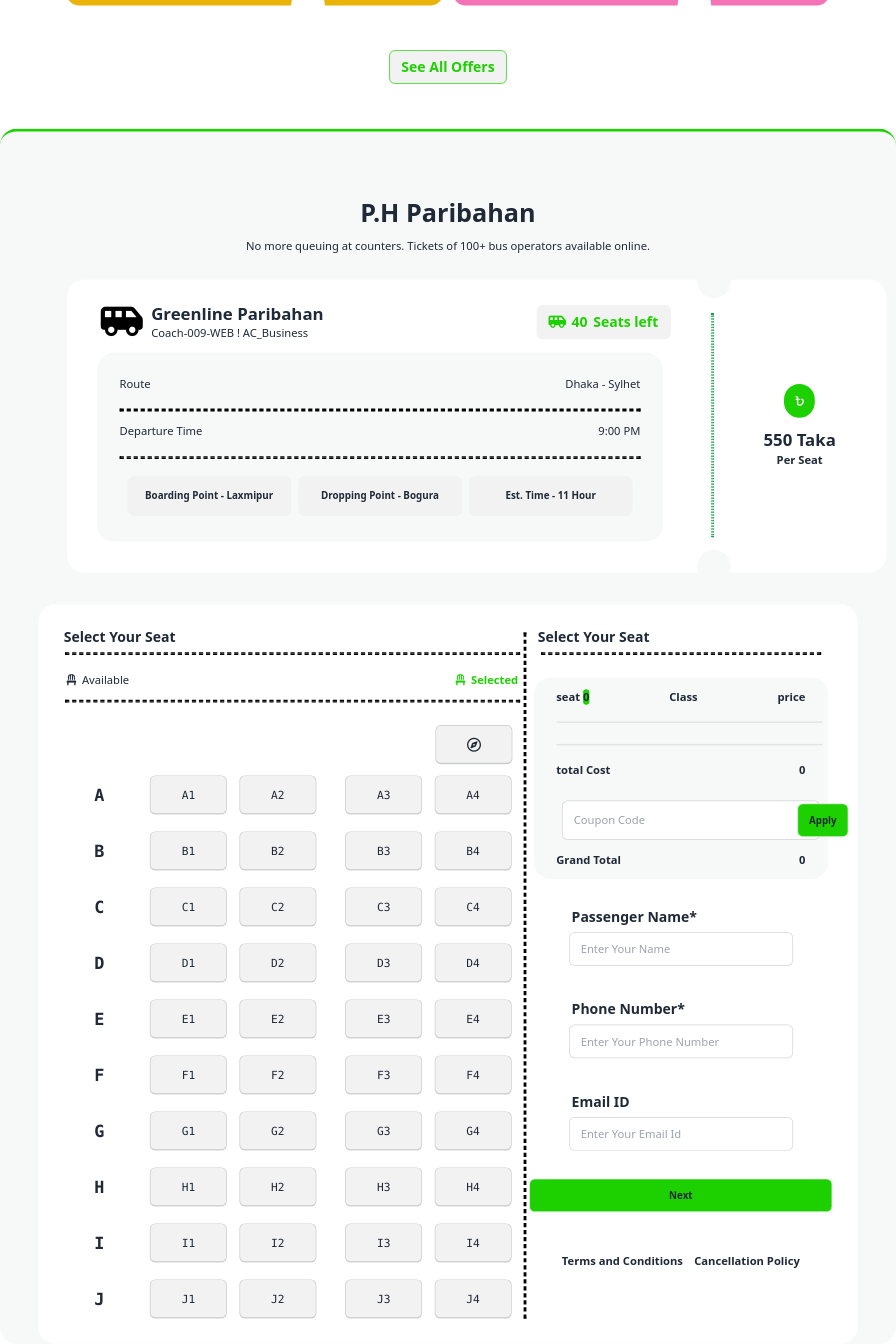
Repository: RudrasahaDibos/Smart-ticketing
Page: index.html
These files come from the project's save history. The page is drawn as it stood at one moment and after a run of saves; the edit follows.
The browser window is 1280 px wide. The pictures show the part of the page from y = 1134 to 3054 px (the page is 3054 px tall), at 70% of full size.
Some web fonts or font styles are not loaded; a fallback is used. Some web libraries are served in a nearby version.

Above is the page before, as saved 2024-11-11 11:08:50.

### index.html
<!DOCTYPE html>
<html lang="en">
  <head>
    <meta charset="UTF-8">
    <meta name="viewport" content="width=device-width, initial-scale=1.0">
    <title>Smart-ticketing</title>
    <!-- tailwind link -->
    <link href="https://cdn.jsdelivr.net/npm/daisyui@4.12.14/dist/full.min.css"
      rel="stylesheet" type="text/css" />
    <script src="https://cdn.tailwindcss.com"></script>
    <!-- font awesome link -->
    <link rel="stylesheet"
      href="https://cdnjs.cloudflare.com/ajax/libs/font-awesome/6.6.0/css/all.min.css"
      integrity="sha512-Kc323vGBEqzTmouAECnVceyQqyqdsSiqLQISBL29aUW4U/M7pSPA/gEUZQqv1cwx4OnYxTxve5UMg5GT6L4JJg=="
      crossorigin="anonymous" referrerpolicy="no-referrer" />

    <!-- google fonts  -->
    <link rel="preconnect" href="https://fonts.googleapis.com">
    <link rel="preconnect" href="https://fonts.gstatic.com" crossorigin>
    <link
      href="https://fonts.googleapis.com/css2?family=Anton+SC&family=Manrope:wght@200..800&family=Raleway:ital,wght@0,100..900;1,100..900&display=swap"
      rel="stylesheet">

    <style>
.raleway{
  font-family: "Raleway", sans-serif;
}
</style>

  </head>
  <body>
    <!-- header ends here -->
    <header class="container mx-auto lg:pl-24 lg:pr-24 lg:pt-4 w-[1400px]">
      <div>
        <!-- navbar starts here -->
        <div class="navbar bg-base-100">
          <div class="navbar-start">
            <div class="dropdown">
              <div tabindex="0" role="button" class="btn btn-ghost lg:hidden">
                <svg
                  xmlns="http://www.w3.org/2000/svg"
                  class="h-5 w-5"
                  fill="none"
                  viewBox="0 0 24 24"
                  stroke="currentColor">
                  <path
                    stroke-linecap="round"
                    stroke-linejoin="round"
                    stroke-width="2"
                    d="M4 6h16M4 12h8m-8 6h16" />
                </svg>
              </div>
              <ul
                tabindex="0"
                class="menu menu-sm dropdown-content bg-base-100 rounded-box z-[1] mt-3 w-52 p-2 shadow">
                <li><a>Home</a></li>
                <li><a>About</a></li>
                <li><a>Destination</a></li>
                <li><a>Search</a></li>
              </ul>
            </div>
            <a class="btn btn-ghost text-2xl font-extrabold">E-Ticket</a>
          </div>
          <div class="navbar-center hidden lg:flex">
            <ul class="menu menu-horizontal px-1">
              <li><a>Home</a></li>
              <li><a>About</a></li>
              <li><a>Destination</a></li>
              <li><a>Search</a></li>
            </ul>
          </div>
          <div class="navbar-end">
            <a class="btn text-[#1DD100]  border-1  text-xl">Bus <i
                class="fa-solid fa-van-shuttle"></i></a>
          </div>
        </div>
      </div>

      <!-- banner start here -->

      <div
        class="hero h-[550px] mt-8 bg-[url('/images/banner.png')] rounded-3xl relative">

        <div class="hero-content text-neutral-content text-center">
          <div class>
            <h1 class="mb-5 text-5xl font-extrabold">End-to-End Travel with <br>
              <span class="text-5xl text-[#1DD100]  font-extrabold">P
                Paribahan</span></h1>
            <p class="mb-5">
              A one-stop solution for your travel needs

              Introducing you to the Shohoz way of life
            </p>
            <button class="btn bg-[#1DD100] border-none">Buy Tickets</button>
          </div>
        </div>
      </div>

      <!-- banner end here -->

      <!-- 3 card start here  -->

      <div
        class=" flex justify-between items-center gap-4 pl-16 pr-16 absolute -bottom-4   ">
        <div
          class="stat flex bg-white justify-center items-center shadow-xl  border-b-4 border-b-[#1DD100]  rounded-2xl w-[338px] h-[138px]">
          <div class="text-[#1DD100] text-2xl font-extrabold ">
            <i class="fa-solid fa-users"></i>
          </div>

          <div>
            <div class="stat-value">500K+</div>
            <div class="stat-desc text-xl ">Registered users</div>
          </div>

        </div>

        <div
          class="stat flex bg-white justify-center items-center  border-b-4 border-b-[#1DD100] shadow-xl  rounded-2xl w-[338px] h-[138px]">
          <div class="text-[#1DD100] text-2xl font-extrabold ">
            <i class="fa-solid fa-ticket  "></i>

          </div>

          <div>
            <div class="stat-value">1.7 lacks</div>
            <div class="stat-desc text-xl ">Tickets sold</div>
          </div>

        </div>

        <div
          class="stat flex bg-white justify-center items-center  border-b-4 border-b-[#1DD100] shadow-xl  rounded-2xl w-[338px] h-[138px]">
          <div class="text-[#1DD100] text-2xl font-extrabold ">
            <i class="fa-solid fa-van-shuttle"></i>

          </div>

          <div>
            <div class="stat-value">80K+</div>
            <div class="stat-desc text-xl ">Rental partners</div>
          </div>

        </div>
      </div>

      <!-- 3 card ends here -->

      <!-- navbar Ends here -->
    </header>
    <!-- header ends here -->

    <!-- main start here -->
    <main class>
      <!-- Best offers for you start here -->
      <section
        class="mt-40 container mx-auto  lg:pl-24 lg:pr-24 lg:pt-4 w-[1400px]">
        <h1 class="text-4xl font-semibold text-center">Best offers for you</h1>
        <!-- two card start here -->
        <div class="flex  flex-col lg:flex-row gap-4 mt-10">
          <div class="bg-yellow-500  w-[573px] h-[220px]  rounded-2xl">

            <div>

              <div class=" w-[50%] mt-14 ml-14">
                <h1 class="text-4xl font-extrabold">15% OFF</h1>
                <p class="text-xl font-bold">on your next purchase</p>
                <p class="text-xl font-bold">use by January 2024</p>
              </div>

              <div class=" w-1/4 -mt-20 ml-auto mr-14  text-center">
                <h1 class="text-4xl font-extrabold">NEW15</h1>
                <p class="text-xl font-bold">Coupon Code</p>

              </div>
            </div>
            <p
              class="bg-white w-[48px] h-[48px] absolute mx-auto rounded-full ml-80 -mt-40  "></p>
            <p
              class="bg-white w-[48px] h-[48px] absolute mx-auto rounded-full ml-80 mt-[55px]  "></p>
            <p
              class="border-2 border-dotted border-white relative w-0 h-32 -mt-[95px] ml-[343px]  "></p>

          </div>
          <div class="bg-pink-400   w-[573px] h-[220px] rounded-2xl">
            <div>

              <div class=" w-[50%] mt-14 ml-14">
                <h1 class="text-4xl font-extrabold">20% OFF</h1>
                <p class="text-xl font-bold">on your next purchase</p>
                <p class="text-xl font-bold">use by January 2024</p>
              </div>

              <div class="  w-2/4 -mt-20 ml-[300px] mr-14  text-center">
                <h1 class="text-4xl font-extrabold">Couple 20</h1>
                <p class="text-xl font-bold">Coupon Code</p>

              </div>
            </div>
            <p
              class="bg-white w-[48px] h-[48px] absolute mx-auto rounded-full ml-80 -mt-40  "></p>
            <p
              class="bg-white w-[48px] h-[48px] absolute mx-auto rounded-full ml-80 mt-[55px]  "></p>
            <p
              class="border-2 border-dotted border-white relative w-0 h-32 -mt-[95px] ml-[343px]  "></p>
          </div>
        </div>
        <div class=" text-center mt-16">
          <a class="btn text-[#1DD100]  border-1 border-[#1DD100] text-xl">See
            All Offers
          </a>
        </div>
        <!-- two card end here -->
      </section>

      <!-- Best offers for you ends here -->
      <!-- tickeing process start here -->
      <section
        class="bg-[#F7F8F8] w-full min-h-screen rounded-3xl mt-16 border-t-4 border-t-[#1DD100]">

        <div class="container mx-auto  lg:pl-24 lg:pr-24 lg:pt-4 w-[1400px]">
          <h1 class="text-4xl font-semibold text-center mt-20">P.H Paribahan
          </h1>
          <p class=" text-center w-[736px] h-[60px] mx-auto mt-4">No more
            queuing at counters. Tickets of 100+ bus operators available online.
          </p>
          <!-- Greenline Paribahan  start here-->

          <div
            class="bg-[#FFFFFF] w-[1170px] h-[418px] rounded-3xl  container mx-auto p-8 flex justify-between ">
            <div class=" w-3/4">
              <!-- Coach-009-WEB ! AC_Business start here -->
              <div class="flex justify-between ">

                <div class="flex justify-center items-center gap-3 ml-4 ">
                  <div class="text-5xl text-black  ">
                    <i class="fa-solid fa-van-shuttle "></i>
                  </div>
                  <div>
                    <h1 class="text-2xl font-bold">Greenline Paribahan</h1>
                    <p>Coach-009-WEB ! AC_Business</p>
                  </div>
                </div>

                <div class="flex felx-col justify-end mt-1">
                  <a class="btn text-[#1DD100]  border-1  text-xl"> <i
                      class="fa-solid fa-van-shuttle"></i> <span id="seat-availe">40</span> Seats
                    left </a>
                </div>
              </div>
              <!-- Coach-009-WEB ! AC_Business end here -->

              <!-- Dhaka - Sylhet starts here -->
              <div
                class="bg-[#F7F8F8] w-[808px] h-[270px] mt-4 mx-auto rounded-3xl">

                <div class>
                  <div class="flex justify-between p-4 ">
                    <h1 class="ml-4 mt-4">Route</h1>
                    <h1 class="mr-4 mt-4">Dhaka - Sylhet</h1>
                  </div>

                  <div
                    class="border-dashed border-black border-2 mt-2  w-[744px] mx-auto h-0"></div>

                  <div class="flex justify-between p-4 ">
                    <h1 class="ml-4">Departure Time</h1>
                    <h1 class="mr-4">9:00 PM</h1>
                  </div>
                  <div
                    class="border-dashed border-black border-2 mt-2  w-[744px] mx-auto h-0"></div>

                  <div class="mt-2 p-4 flex justify-center items-center gap-3">
                    <button class="btn   w-[232px] h-[56px]">Boarding Point -
                      Laxmipur</button>
                    <button class="btn  w-[232px] h-[56px]">Dropping Point -
                      Bogura</button>
                    <button class="btn  w-[232px] h-[56px]">Est. Time - 11
                      Hour</button>
                  </div>
                </div>
              </div>
              <!-- Dhaka - Sylhet end here -->

            </div>

            <div
              class=" text-center flex flex-col justify-center items-center mr-10">
              <i
                class="fa-solid fa-bangladeshi-taka-sign bg-[#1DD100] rounded-full  p-4 text-white "></i>
              <h1 class="text-2xl font-semibold mt-4"><span id="seat-cost">550</span> Taka</h1>
              <p class="font-bold">Per Seat</p>
            </div>

          </div>
          <p
            class="bg-[#F7F8F8] w-[48px] h-[48px] absolute mx-auto rounded-full ml-[900px] -mt-[440px]  "></p>
          <p
            class="bg-[#F7F8F8] w-[48px] h-[48px] absolute mx-auto rounded-full ml-[900px] -mt-8  "></p>
          <p
            class="border-2 border-dotted border-green-600 relative w-0 h-80 -mt-[370px] ml-[920px]  "></p>

          <!-- Greenline Paribahan  ends here-->
        </div>

        <!-- Select Your Seat star here  -->
        <div
          class="bg-[#FFFFFF] w-[1170px] h-[1056px] rounded-3xl mt-24 container mx-auto  ">

          <div class="flex justify-between p-8">
            <div class="w-3/5 ">
              <p class="font-semibold text-xl ml-1">Select Your Seat</p>
              <div
                class="border-dashed border-black border-2 mt-2  w-[650px] mx-auto h-0"></div>
              <!-- seat available start here -->
              <div class="flex justify-between mt-4">

                <div class="flex gap-2 justify-center items-center p-2 ">
                  <i class="fa-solid fa-chair"></i>
                  <p>Available</p>
                </div>
                <div
                  class="flex gap-2 justify-center items-center p-2 text-[#1DD100] ">
                  <i class="fa-solid fa-chair font-bold"></i>
                  <p class="font-bold">Selected</p>
                </div>

              </div>
              <!-- seat available ends here -->
              <div
                class="border-dashed border-black border-2 mt-2  w-[650px] mx-auto h-0"></div>
              <!-- seat planing start here -->
              <div class="mt-8">
                <div class="text-end  mr-4">
                  <kbd class="kbd  h-[56px] w-[110px] text-center mx-auto "><i
                      class="fa-regular fa-compass text-xl"></i></kbd>
                </div>
                <!-- seat  start here-->
                <div class="flex  justify-between">
                  <!-- seat is with door start -->
                  <div class="grid grid-cols-3  w-3/5 ">
                    <div class="mx-auto mt-4 space-y-6">
                      <kbd
                        class="kbd  w-[110px] h-[56px] bg-[#ffffff]  border-none font-bold text-2xl">A</kbd>
                      <kbd
                        class="kbd  w-[110px] h-[56px]  bg-[#ffffff] border-none font-bold text-2xl">B</kbd>
                      <kbd
                        class="kbd  w-[110px] h-[56px]  bg-[#ffffff] border-none font-bold text-2xl">C</kbd>
                      <kbd
                        class="kbd  w-[110px] h-[56px]  bg-[#ffffff] border-none font-bold text-2xl">D</kbd>
                      <kbd
                        class="kbd  w-[110px] h-[56px]  bg-[#ffffff] border-none font-bold text-2xl">E</kbd>
                      <kbd
                        class="kbd  w-[110px] h-[56px]  bg-[#ffffff] border-none font-bold text-2xl">F</kbd>
                      <kbd
                        class="kbd  w-[110px] h-[56px]  bg-[#ffffff] border-none font-bold text-2xl">G</kbd>
                      <kbd
                        class="kbd  w-[110px] h-[56px]  bg-[#ffffff] border-none font-bold text-2xl">H</kbd>
                      <kbd
                        class="kbd  w-[110px] h-[56px]  bg-[#ffffff] border-none font-bold text-2xl">I</kbd>
                      <kbd
                        class="kbd  w-[110px] h-[56px]  bg-[#ffffff] border-none font-bold text-2xl">J</kbd>
                    </div>

                    <div class="mt-4 space-y-6">
                      <kbd class="kbd w-[110px] h-[56px] seat-btn">A1</kbd>
                      <kbd class="kbd w-[110px] h-[56px] seat-btn">B1</kbd>
                      <kbd class="kbd w-[110px] h-[56px] seat-btn">C1</kbd>
                      <kbd class="kbd w-[110px] h-[56px] seat-btn">D1</kbd>
                      <kbd class="kbd w-[110px] h-[56px] seat-btn">E1</kbd>
                      <kbd class="kbd w-[110px] h-[56px] seat-btn">F1</kbd>
                      <kbd class="kbd w-[110px] h-[56px] seat-btn">G1</kbd>
                      <kbd class="kbd w-[110px] h-[56px] seat-btn">H1</kbd>
                      <kbd class="kbd w-[110px] h-[56px] seat-btn">I1</kbd>
                      <kbd class="kbd w-[110px] h-[56px] seat-btn">J1</kbd>
                    </div>

                    <div class="mt-4 space-y-6">
                      <kbd class="kbd w-[110px] h-[56px] seat-btn">A2</kbd>
                      <kbd class="kbd w-[110px] h-[56px] seat-btn">B2</kbd>
                      <kbd class="kbd w-[110px] h-[56px] seat-btn">C2</kbd>
                      <kbd class="kbd w-[110px] h-[56px] seat-btn">D2</kbd>
                      <kbd class="kbd w-[110px] h-[56px] seat-btn">E2</kbd>
                      <kbd class="kbd w-[110px] h-[56px] seat-btn">F2</kbd>
                      <kbd class="kbd w-[110px] h-[56px] seat-btn">G2</kbd>
                      <kbd class="kbd w-[110px] h-[56px] seat-btn">H2</kbd>
                      <kbd class="kbd w-[110px] h-[56px] seat-btn">I2</kbd>
                      <kbd class="kbd w-[110px] h-[56px] seat-btn">J2</kbd>
                    </div>
                  </div>
                  <!-- seat is with door end -->

                  <!-- seat is driver start -->
                  <div class="grid grid-cols-2   w-2/5 ml-6">
                    <div class="mx-auto mt-4 space-y-6">
                      <kbd class="kbd w-[110px] h-[56px] seat-btn">A3</kbd>
                      <kbd class="kbd w-[110px] h-[56px] seat-btn">B3</kbd>
                      <kbd class="kbd w-[110px] h-[56px] seat-btn">C3</kbd>
                      <kbd class="kbd w-[110px] h-[56px] seat-btn">D3</kbd>
                      <kbd class="kbd w-[110px] h-[56px] seat-btn">E3</kbd>
                      <kbd class="kbd w-[110px] h-[56px] seat-btn">F3</kbd>
                      <kbd class="kbd w-[110px] h-[56px] seat-btn">G3</kbd>
                      <kbd class="kbd w-[110px] h-[56px] seat-btn">H3</kbd>
                      <kbd class="kbd w-[110px] h-[56px] seat-btn">I3</kbd>
                      <kbd class="kbd w-[110px] h-[56px] seat-btn">J3</kbd>
                    </div>
                    <div class="mx-auto mt-4 space-y-6">
                      <kbd class="kbd w-[110px] h-[56px] seat-btn">A4</kbd>
                      <kbd class="kbd w-[110px] h-[56px] seat-btn">B4</kbd>
                      <kbd class="kbd w-[110px] h-[56px] seat-btn">C4</kbd>
                      <kbd class="kbd w-[110px] h-[56px] seat-btn">D4</kbd>
                      <kbd class="kbd w-[110px] h-[56px] seat-btn">E4</kbd>
                      <kbd class="kbd w-[110px] h-[56px] seat-btn">F4</kbd>
                      <kbd class="kbd w-[110px] h-[56px] seat-btn">G4</kbd>
                      <kbd class="kbd w-[110px] h-[56px] seat-btn">H4</kbd>
                      <kbd class="kbd w-[110px] h-[56px] seat-btn">I4</kbd>
                      <kbd class="kbd w-[110px] h-[56px] seat-btn">J4</kbd>
                    </div>
                  </div>
                  <!-- seat is driver end -->
                </div>

                <!-- seat end here -->
              </div>

              <!-- seat planing end here -->

            </div>

            <div
              class="border-dashed border-black border-2 mt-2  w-[0px] mx-auto h-[980px]"></div>

            <div class=" w-2/5 ">
              <p class="font-semibold text-xl ml-4">Select Your Seat</p>
              <div
                class="border-dashed border-black border-2 mt-2  w-[400px] mx-auto h-0"></div>

              <div
                class="bg-[#F7F8F8] w-[420px]  rounded-3xl mx-auto mt-8 p-4  ">
                <!-- table start here -->
                        <div class="flex justify-between ">
                           <p class="font-bold ml-4">seat <span id="seat-count" class="bg-[#1DD100] rounded-full ">0</span></p>
                           <p  class="font-bold">Class</p>
                           <p  class="font-bold mr-4">price</p>
                        </div>
                        <div class="divider divider-start ml-4 w-[380px]"></div>
                        <div id="selected-all-element"  class=" ">


                       </div>

                       <div class="divider divider-start ml-4 w-[380px]"></div>

                       <div class="flex justify-between">
                        <p class="ml-4 font-bold">total Cost </p>
                        <p class="mr-4 font-bold"><span id="total-cost">0</span></p>
                       </div>

                       <label id="Inputarea" class="input input-bordered flex items-center gap-2 mt-8 w-[368px] h-[56px] ml-6 ">
                        <input  id="Input-value" type="text" class="grow" placeholder="Coupon Code" />
                        <button  onclick="getGrandTotal('NEW15','COUPLE20')" id="apply-value" class="btn bg-[#1DD100] ml-20  disabled: ">Apply</button>
                      </label>

                      <div class="flex justify-between mt-4">
                        <p class="ml-4 font-bold">Grand Total</p>
                        <p class="mr-4 font-bold"><span id="grand-total">0</span></p>
                       </div>


                <!-- table ends here -->
              </div>

              <!-- input feild start here -->

             <div class="flex flex-col justify-center items-center space-y-10 mt-8">
              <label class="form-control w-full max-w-xs ">
                <div class="label">
                  <span class="label-text text-xl font-bold">Passenger Name*</span>
                </div>
                <input  type="text" placeholder="Enter Your Name" class="input input-bordered w-full max-w-xs" />

              </label>
              <label class="form-control w-full max-w-xs">
                <div class="label">
                  <span class="label-text text-xl font-bold">Phone Number*</span>
                </div>
                <input type="text" placeholder="Enter Your Phone Number" class="input input-bordered w-full max-w-xs" />

              </label>
              <label class="form-control w-full max-w-xs">
                <div class="label">
                  <span class="label-text text-xl font-bold">Email ID</span>
                </div>
                <input type="text" placeholder="Enter Your Email Id" class="input input-bordered w-full max-w-xs" />

              </label>
              <div class="form-control mt-6 w-[433px] h-[66px]">
                <button class="btn  font-bold bg-[#1DD100]">Next</button>
              </div>

                <div class="flex  gap-4">
                  <p class="font-bold">Terms and Conditions</p>
                  <p class="font-bold">Cancellation Policy</p>
                </div>

             </div>

              <!-- input field end here -->

            </div>
          </div>

        </div>

        <!-- Select Your Seat end here  -->

      </section>
      <!-- tickeing process ends here -->

    </main>
    <!-- main ends here -->

    <!-- js add -->
    <script src="index.js"></script>
  </body>
</html>

Loaded but not shown: index.js (122 lines, source omitted)

After the next 4 saves:
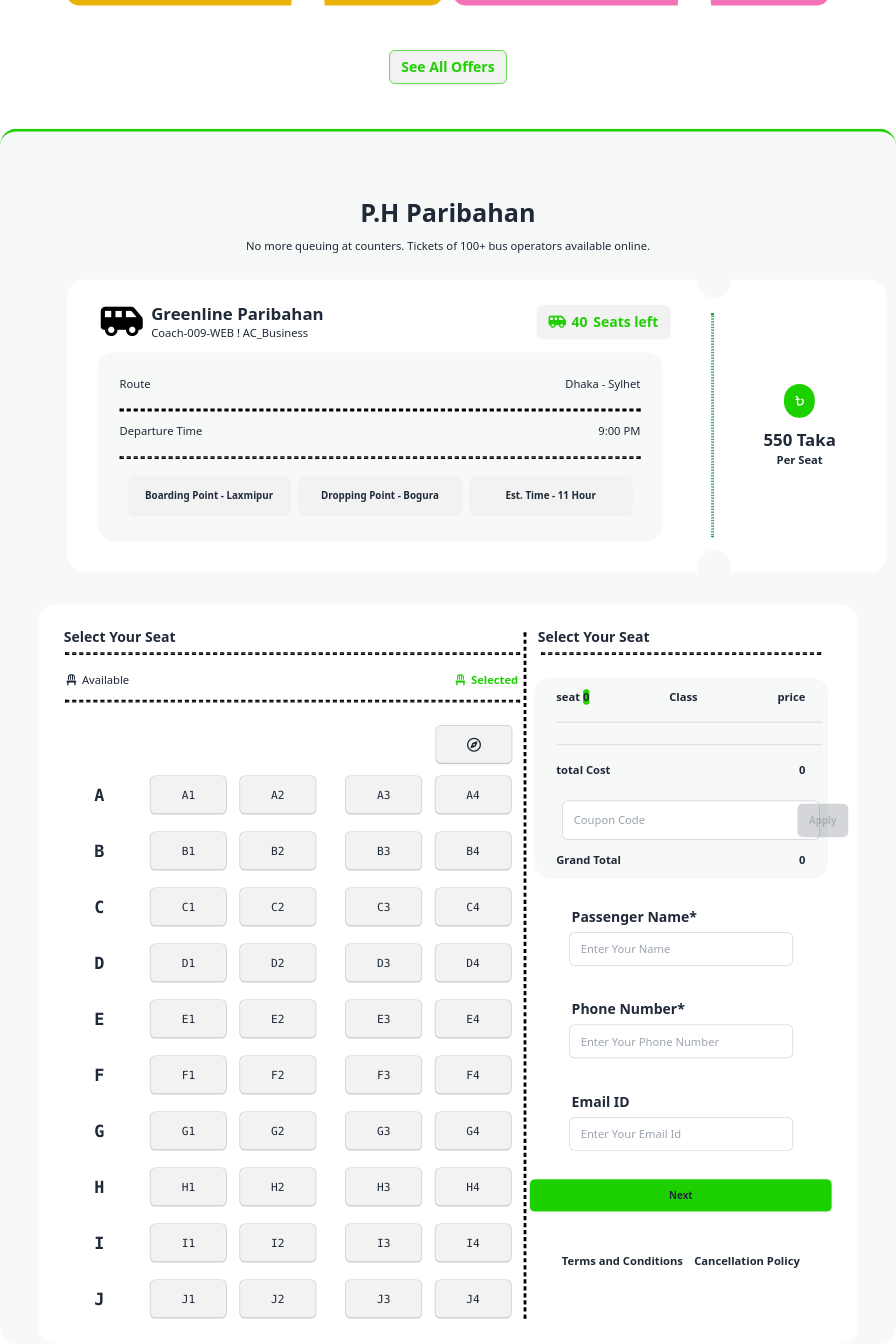
The 4 saves are shown as one change because they came seconds apart.
The last was saved 31 s later.
--- a/index.html
+++ b/index.html
@@ -458,7 +458,7 @@
 
                        <label id="Inputarea" class="input input-bordered flex items-center gap-2 mt-8 w-[368px] h-[56px] ml-6 ">
                         <input  id="Input-value" type="text" class="grow" placeholder="Coupon Code" />
-                        <button  onclick="getGrandTotal('NEW15','COUPLE20')" id="apply-value" class="btn bg-[#1DD100] ml-20  disabled: ">Apply</button>
+                        <button  disabled onclick="getGrandTotal('NEW15','COUPLE20')" id="apply-value" class="btn bg-[#1DD100] ml-20   ">Apply</button>
                       </label>
 
                       <div class="flex justify-between mt-4">
